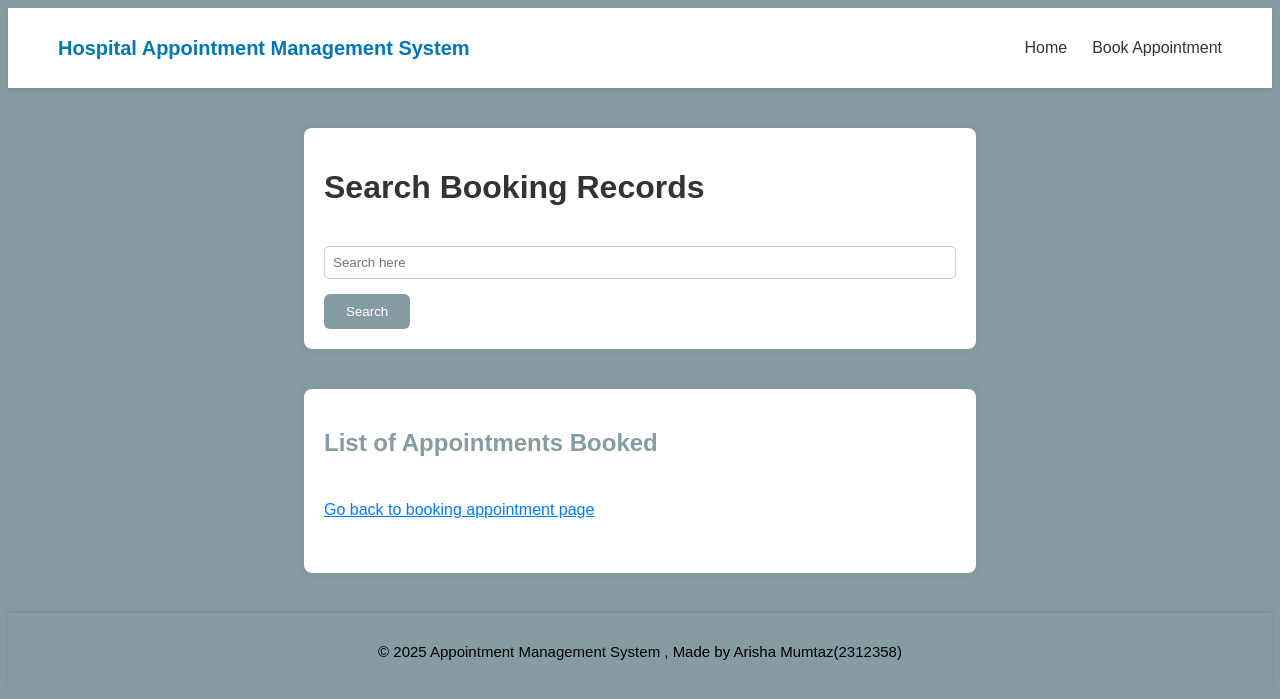
Repository: Arisha004/hospital-management-midterm-
Page: http://localhost/list.php
These files come from the project's save history. The page is drawn as it stood at one moment and after the next save; the edit follows.
The browser window is 1280 px wide. The pictures show the whole page.
The page is run by PHP 8.4 with error messages shown; the project is at /var/www/html/. Queries for data that is not in the repository find no rows.

Above is the page before, as saved 2025-11-02 20:13:41.

### list.php
<?php
include 'db.php';
$sql="select * from appointments";
$result=$conn->query($sql);


?>

<?php
include 'db.php';
  if(isset($_GET['search'])){
    $filteredvalues=$_GET['search'];
    $sql = "SELECT * FROM appointments
        WHERE full_name LIKE '%$filteredvalues%'";
    $result=$conn->query($sql);

    }


?>
<html>
<head>
    <title>Document</title>
  <link rel="stylesheet" href="style2.css">
  <style>
    table{
    width: 100%;
    border-collapse: collapse;
    justify-content: center;
    margin-top: 20px;

  }
  h2{
    text-align: left;
    margin-bottom: 10px;
  }

  th, td {
    padding: 12px;
    text-align: left;
    border: 1px solid black;
  }
  tr:hover {background-color: #f1f1f1;}
a{
  color: #007bff;
}

  </style>


</head>
<body>
  <header class="navbar">
    <div class="logo">Hospital Appointment Management System</div>
    <nav>
      <ul>
           <li><a href="landingpage.html">Home</a></li>
          <li><a href="index.php">Book Appointment</a></li>


         </ul>
    </nav>
  </header>


        <form action="" method="get">
<div class="container1">
    <h1>Search Booking Records </h1> <br>


    <input type="text" name="search" required value="<?php if(isset($_GET['search'])){
    echo $_GET['search'];
}?>" placeholder="Search here">
    <button type="submit">Search</button>

</div>
</form>

      <div class="container1">
    <h2>List of Appointments Booked</h2><br>

    <p><a href="index.php"> Go back to booking appointment page</a></p><br>


   <?php


if (isset($result) && $result->num_rows > 0){

echo "<table border='1' cellpadding='10'>";
  echo   "<tr>
    <th>ID</th>
    <th>Name</th>
    <th>Email</th>

    <th>Action</th>

    </tr>";
  while($items = $result->fetch_assoc()) {


        echo "<tr>";

    echo "<td>".$items["id"]."</td>";
    echo "<td>".$items["full_name"]."</td>";
    echo "<td>".$items["email"]."</td>";
      echo "<td><a href='detail.php?id=$items[id]'>More Info</a><br><br>
    <a href='update.php?id=$items[id]'>Update</a><br><br>
    <a href='delete.php?id=$items[id]'>Delete</a>
    </td>";

       echo "</tr>";

        }

    echo "</table>";
   }
    elseif (isset($_GET['search'])){
      echo "<br>";
      echo "No Record Found";
    }





?>

</div>
 <footer>
    <p>© 2025 Appointment Management System , Made by Arisha Mumtaz(2312358)</p>
  </footer>
</body>
</html>

### db.php
<?php

$servername = "localhost";
$username = "root";
$password = "";
$dbname="midterm";
/*$conn  a variable that holds the database connection.
new mysqli creates a new connection to your MySQL database.*/
$conn=new mysqli($servername, $username, $password,$dbname);
if($conn->connect_error){
    die("Connection failed: " . $conn->connect_error);
}


?>

### style2.css
  /* Reset and fonts */
* {
  font-family: 'Poppins', sans-serif;
  margin: ;
}

body {
  background: #869CA3;
  color: #333;
}
  .container1 {
    width: 50%;
    margin: 40px auto;
    background: #fff;
    padding: 20px;
    border-radius: 8px;
    box-shadow: 0 0 10px rgba(0,0,0,0.1);
  }
  h2 {
    text-align: center;
     color: #869CA3; }
  label {
    font-weight: bold;
     display: block;
      margin-bottom: 5px; }
  input, select, textarea {
      width: 100%;
      padding: 8px;
      margin-bottom: 15px;
      border: 1px solid #ccc;
      border-radius: 5px;
  }
 /* Footer */
footer {
  text-align: center;
  padding: 15px;
  background-color:#869CA3;
        color: black;
  box-shadow: 0 -2px 5px rgba(0,0,0,0.1);
  font-size: 15px;

}
label span {
  color: red;
}

/* Navbar */
.navbar {
  display: flex;
  justify-content: space-between;
  align-items: center;
  padding: 15px 50px;
  background: #fff;
  box-shadow: 0 2px 5px rgba(0,0,0,0.1);
  position: sticky;
  top: 0;
  z-index: 10;
}

.navbar .logo {
  font-weight: 700;
    font-size: 20px;
  color: #0077b6;
}

.navbar ul {
  display: flex;
  list-style: none;
}

.navbar ul li a {
  text-decoration: none;
  color: #333;
  margin-left: 25px;
  transition: 0.3s;
}

.navbar ul li a:hover {
  color: #0077b6;
}

  button{

  display: inline-block;
  background-color: #869CA3;
  color: #fff;
  padding: 10px 22px;
  border: none;
  border-radius: 6px;
  cursor: pointer;
  font-weight: 500;

  transition: 0.3s;
   text-align: center;
}

button:hover {
  background-color: #7498a3;
  transform: translateY(-2px);
}

  input[type=submit] {
      background-color: #007bff;
      color: white;
      border: none;
      padding: 10px 15px;
      cursor: pointer;
      border-radius: 5px;
  }
  input[type=submit]:hover {
      background-color: #0056b3;
  }
  select[name="status"] {
    background-color: #f8f9fa;
    color: #495057;
    padding: 8px;
    margin-bottom: 15px;
    border: 1px solid #ced4da;
    border-radius: 5px;
    width: 100%;
}

select[name="status"] option[value="Pending"] { color: #ffc107; }
select[name="status"] option[value="Confirmed"] { color: #28a745; }
select[name="status"] option[value="Cancelled"] { color: #dc3545; }
select[name="status"] option[value="Completed"] { color: #17a2b8; }

After the next save:
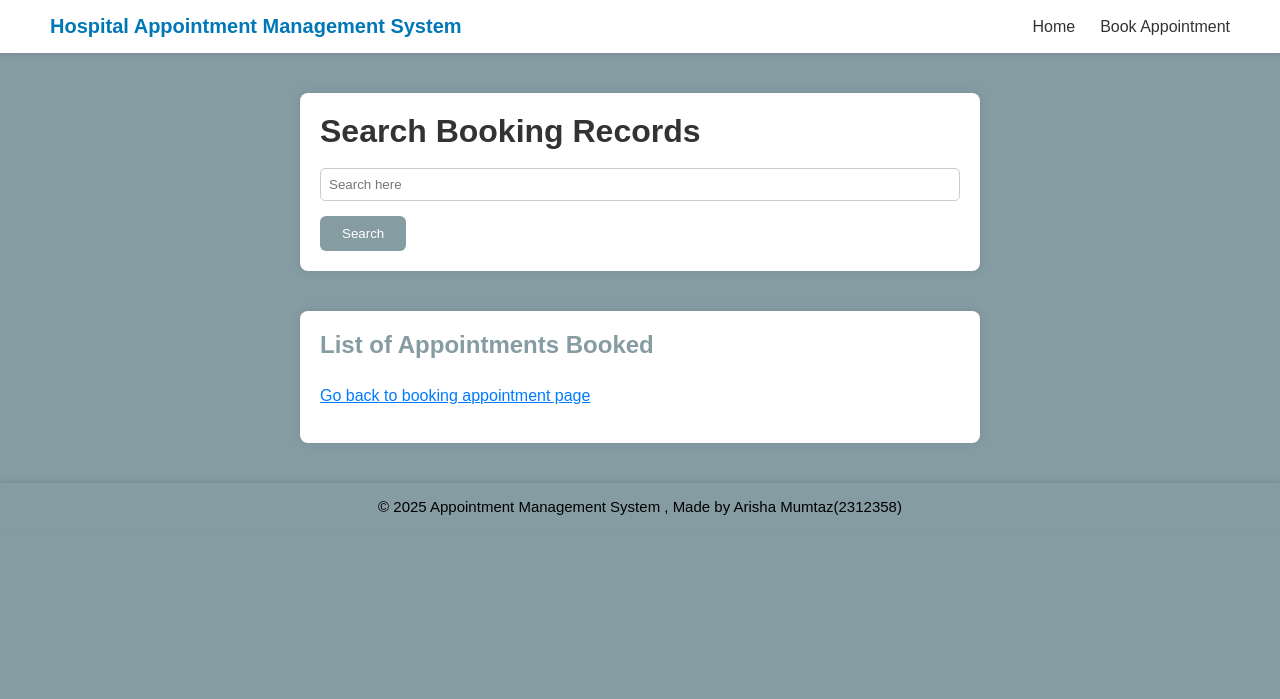
Saved 4 s later.
--- a/style2.css
+++ b/style2.css
@@ -1,7 +1,8 @@
   /* Reset and fonts */
 * {
   font-family: 'Poppins', sans-serif;
-  margin: ;
+  margin: 0;
+  padding: 0;
 }
 
 body {
